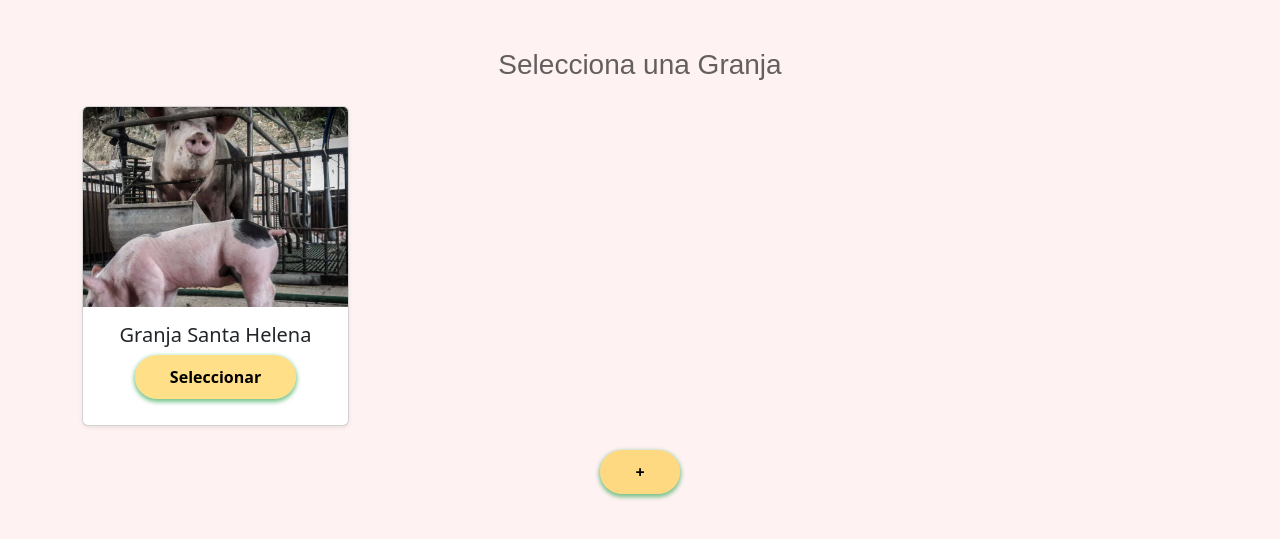
Repository: Mateojimenezz/Granja-Santa-Helena
Page: seleccionarGranja.html
The author's editor kept a copy of each file at every save. The page is drawn from the files as they stood at one save, then again after the next save.
The browser window is 1280 px wide. The pictures show the whole page.
Some web fonts or font styles are not loaded; a fallback is used.

Above is the page before, as saved 2025-05-13 09:43:48.

After the next save:
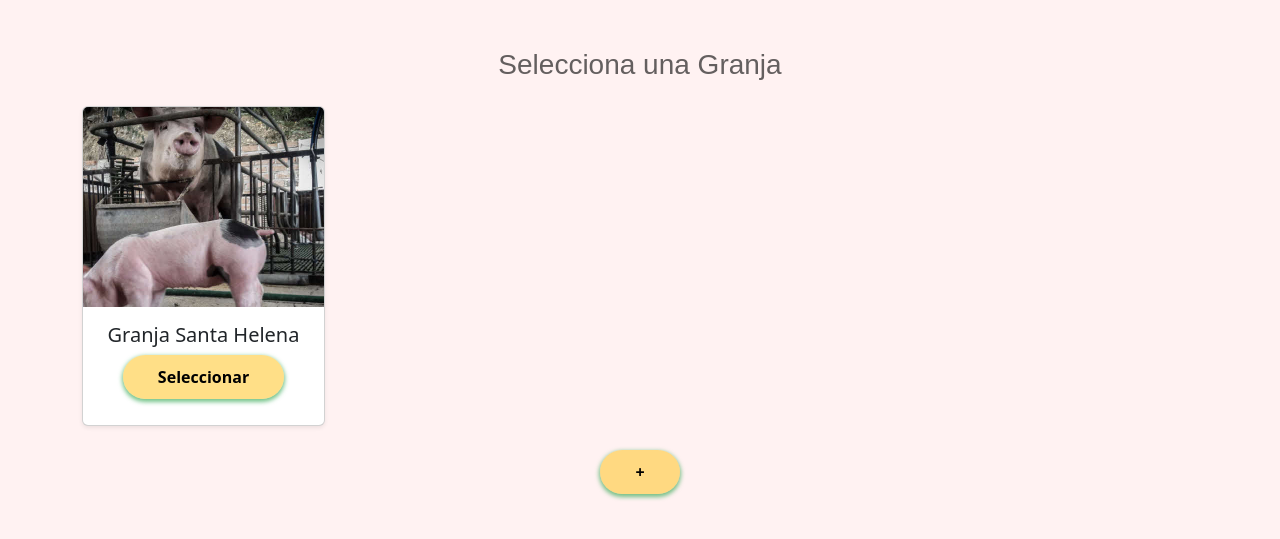
Saved 26 s later.
--- a/seleccionarGranja.html
+++ b/seleccionarGranja.html
@@ -15,7 +15,7 @@
     <div class="container mt-5">
         <h3 class="text-center mb-4">Selecciona una Granja</h3>
 
-        <div class="row g-3" id="granjas-list">
+        <div class="row g-5" id="granjas-list">
             <!-- Primera granja fija -->
             <div class="col-md-3">
                 <div class="card shadow-sm">

After the save that followed:
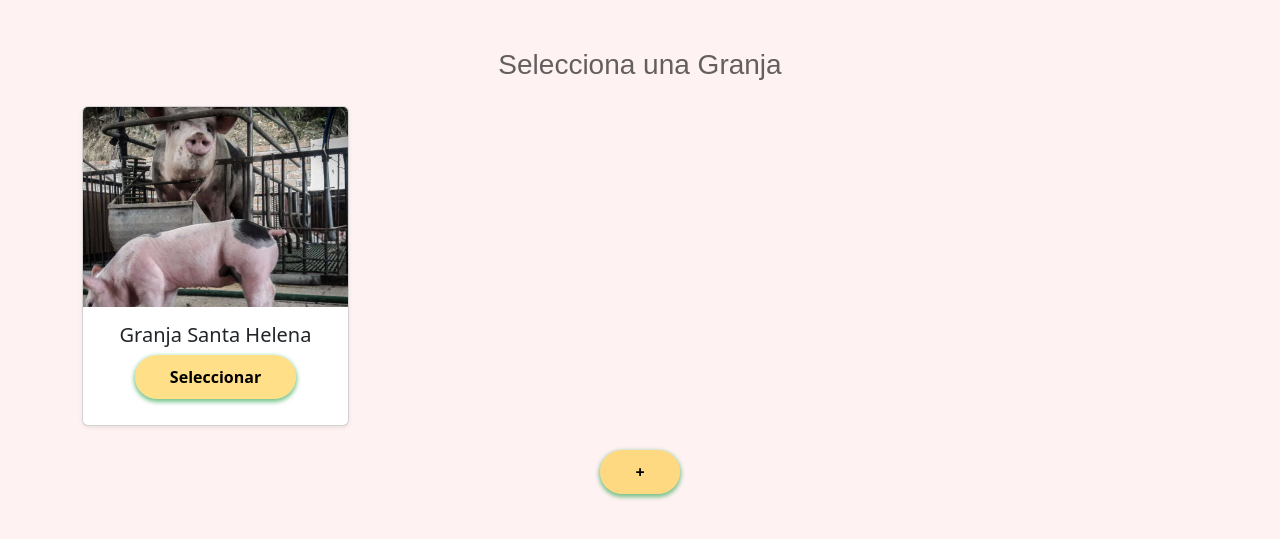
Saved 18 s later.
--- a/seleccionarGranja.html
+++ b/seleccionarGranja.html
@@ -15,7 +15,7 @@
     <div class="container mt-5">
         <h3 class="text-center mb-4">Selecciona una Granja</h3>
 
-        <div class="row g-5" id="granjas-list">
+        <div class="row g-3" id="granjas-list">
             <!-- Primera granja fija -->
             <div class="col-md-3">
                 <div class="card shadow-sm">
